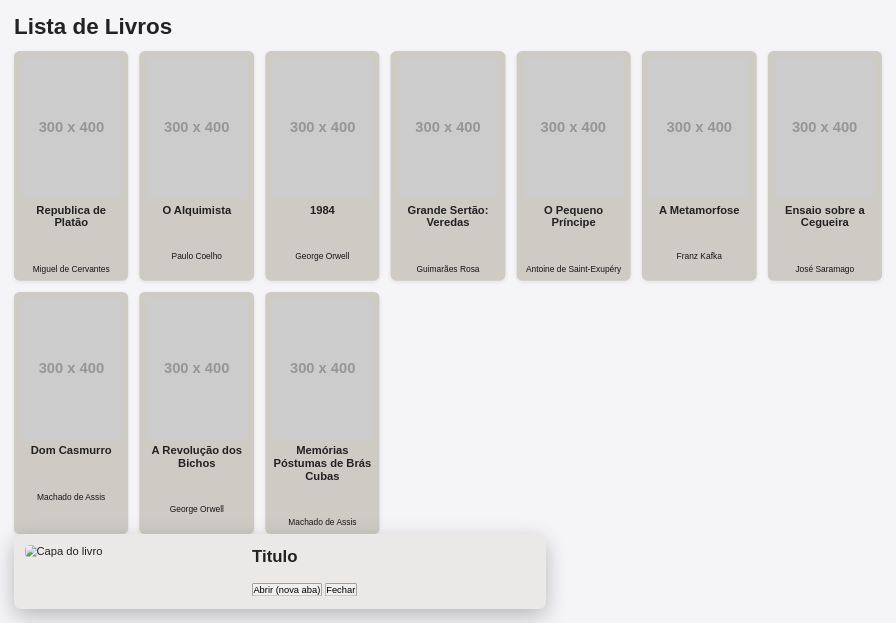
Repository: cleytonds/Biblioteca
Page: templates/lista_livros.HTML
An editor plug-in stored every save of this project. The page is shown before and after the next save, followed by the edit.
The browser window is 1280 px wide. The pictures show the part of the page from y = 0 to 1920 px (the page is 890 px tall before and 3444 px after), at 70% of full size.

Above is the page before, as saved 2025-11-15 17:31:36.

After the next save:
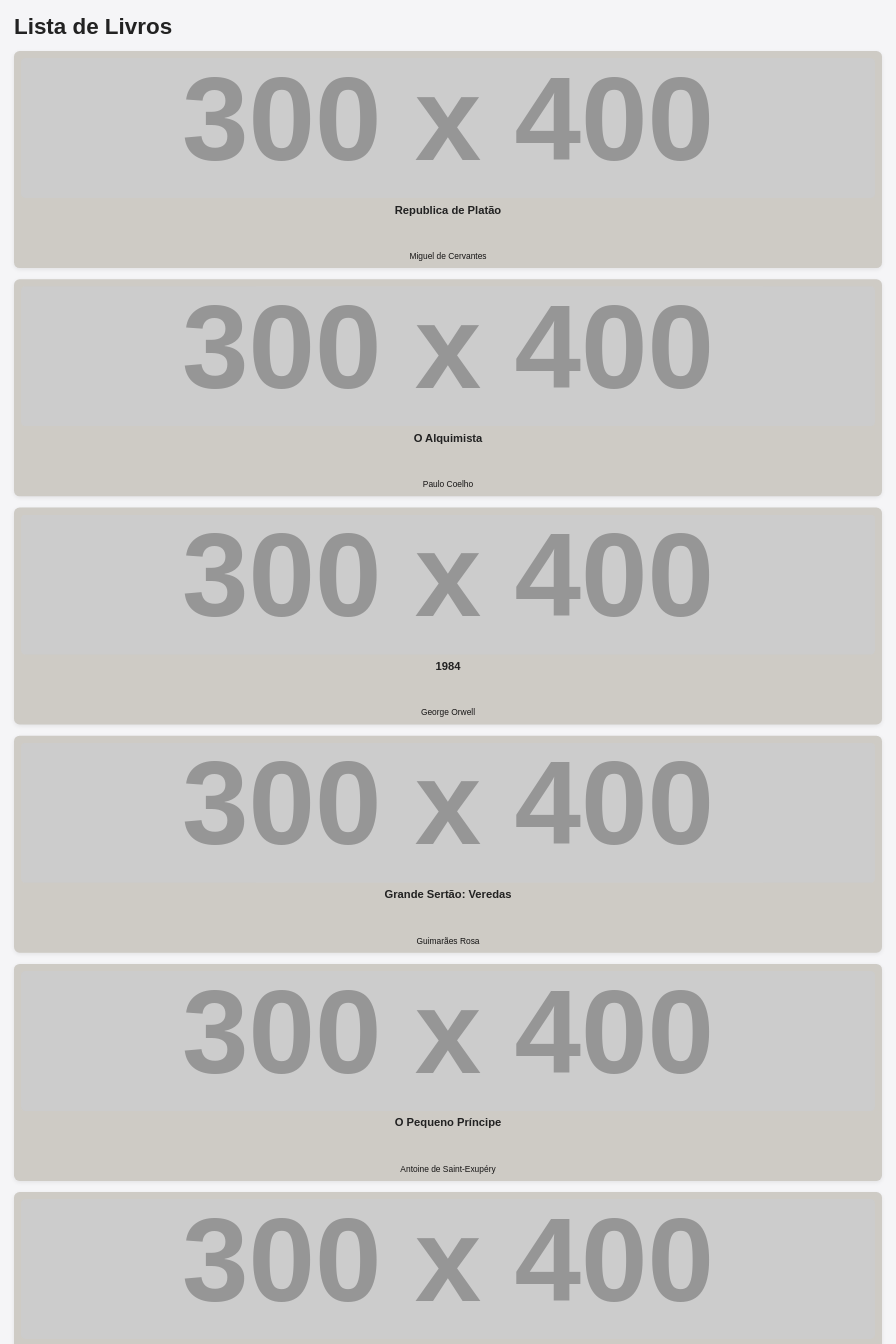
Saved 9 min 16 s later.
--- a/Static/lista_de_livros.css
+++ b/Static/lista_de_livros.css
@@ -22,7 +22,7 @@
 /*grid dos livros*/
 .books-grid{
     display:grid;
-    grid-template-columns: repeat(auto-fill, minmax(160px,1fr));
+
     gap: 16px;
 
 }
@@ -101,3 +101,4 @@
     .modal { flex-direction: column;}
     .modal-left { width: 100%;}
 }
+.c

After the save that followed:
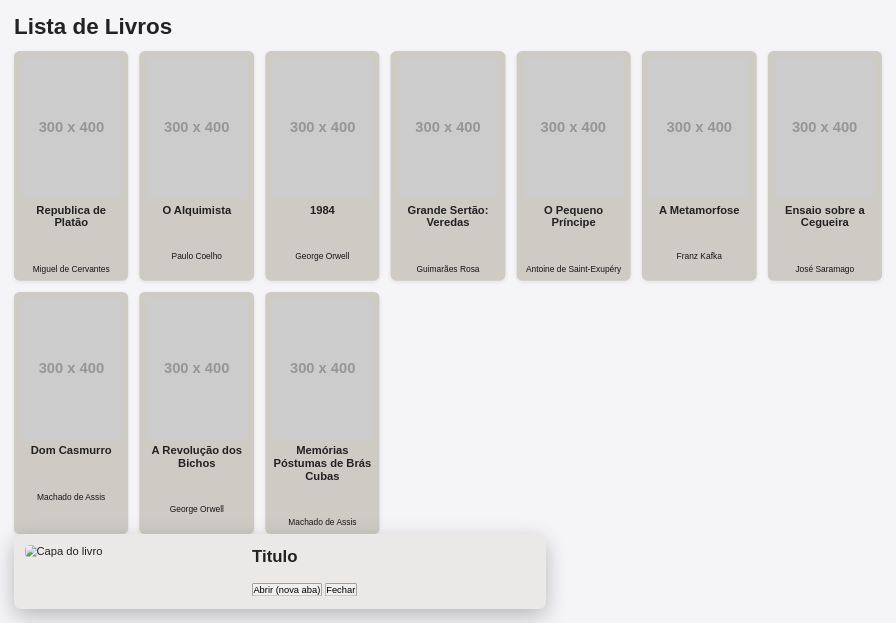
Saved 7 s later.
--- a/Static/lista_de_livros.css
+++ b/Static/lista_de_livros.css
@@ -22,7 +22,7 @@
 /*grid dos livros*/
 .books-grid{
     display:grid;
-
+    grid-template-columns: repeat(auto-fill, minmax(160px,1fr));
     gap: 16px;
 
 }
